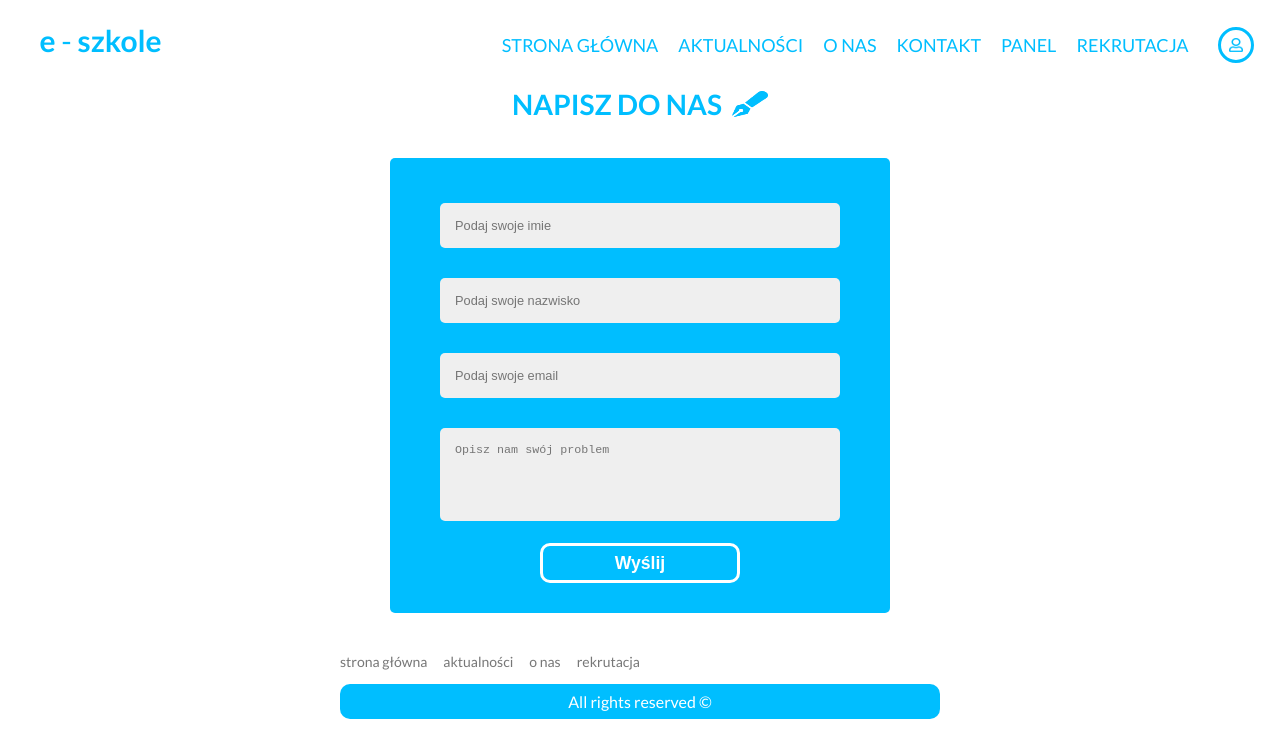
Repository: Votex874/e-szkole
Page: /kontakt (app in app/)
These files come from the project's save history. The page is drawn as it stood at one moment and after the next save; the edit follows.
The browser window is 1280 px wide. The pictures show the whole page.
The project was rebuilt for these pictures with package versions that can differ from the ones it lists, and the page was loaded fresh each time. Also part of the build but not shown: app/src/components/News/Title/index.js, app/src/components/News/Content/index.js, app/src/components/News/Avatar/index.js, app/src/components/News/Footer/index.js, app/src/components/News/index.js, app/src/components/AboutUs/Content/index.js, app/src/components/AboutUs/index.js, app/src/components/Graduates/ListItem/index.js and 20 more.

Above is the page before, as saved 2019-03-11 10:42:31.

### app/src/index.js
import React from 'react';
import ReactDOM from 'react-dom';
import App from './App';
import * as serviceWorker from './serviceWorker';
import { createStore } from 'redux';
import { Provider } from 'react-redux';
import rootReducer from './reducers/rootReducer'

const store = createStore(rootReducer);

ReactDOM.render(<Provider store={store}><App /></Provider>, document.getElementById('root'));

// If you want your app to work offline and load faster, you can change
// unregister() to register() below. Note this comes with some pitfalls.
// Learn more about service workers: http://bit.ly/CRA-PWA
serviceWorker.unregister();

### app/src/App.js
import React, { Component } from 'react';
import { Route, BrowserRouter, Switch } from 'react-router-dom'
import './reset.scss'

import Home from './containers/Home/index'
import Login from './containers/Login/index'
import Contact from './containers/Contact/index'
import News from './containers/News/index'
import About from './containers/About/index'
import Recruitment from './containers/Recruitment/index'

class App extends Component {
  render() {
    return (
      <BrowserRouter>
        <Switch>
          <Route exact path='/' component={Home} />
          <Route path='/login' component={Login} />
          <Route path='/kontakt' component={Contact} />
          <Route path='/blog' component={News} />
          <Route path='/o-nas' component={About} />
          <Route path='/rekrutacja' component={Recruitment} />
        </Switch>
      </BrowserRouter>
    );
  }
}

export default App;

### app/src/reset.scss
html, body, div, span, applet, object, iframe,
h1, h2, h3, h4, h5, h6, p, blockquote, pre,
a, abbr, acronym, address, big, cite, code,
del, dfn, em, img, ins, kbd, q, s, samp,
small, strike, strong, sub, sup, tt, var,
b, u, i, center,
dl, dt, dd, ol, ul, li,
fieldset, form, label, legend,
table, caption, tbody, tfoot, thead, tr, th, td,
article, aside, canvas, details, embed,
figure, figcaption, footer, header, hgroup,
menu, nav, output, ruby, section, summary,
time, mark, audio, video {
	margin: 0;
	padding: 0;
	border: 0;
	font-size: 100%;
	font: inherit;
	vertical-align: baseline;
}
/* HTML5 display-role reset for older browsers */
article, aside, details, figcaption, figure,
footer, header, hgroup, menu, nav, section {
	display: block;
}
body {
	line-height: 1;
}
ol, ul {
	list-style: none;
}
blockquote, q {
	quotes: none;
}
blockquote:before, blockquote:after,
q:before, q:after {
	content: '';
	content: none;
}
table {
	border-collapse: collapse;
	border-spacing: 0;
}
@import url('https://fonts.googleapis.com/css?family=Lato:300,300i,400,400i,700&amp;subset=latin-ext');

 body {
	font-family: 'Lato', sans-serif;
 }

 a{
	 text-decoration: none;
 }

### app/src/containers/Contact/index.js
import React, { Component } from 'react'

import HeaderMain from '../../components/HeaderMain/index';
import Footer from '../../components/Footer/index'
import Form from '../../components/Form/index'

class Contact extends Component {
  render(){
    return (
      <React.Fragment>
        <HeaderMain />
        <Form />
        <Footer />
      </React.Fragment>
    )
  }
}

export default Contact

### app/src/components/HeaderMain/index.js
import React, { Component } from 'react';
import styled from 'styled-components'
import Logo from '../Logo/index'
import Navigation from '../Nav/index'
import Hamburger from '../Hamburger/index'

const Header = styled.header`
 max-width: 1400px;
 height: 100px;
 margin: 0 auto;
 display: flex;
 justify-content: space-between;
 align-items: center;
 box-sizing: border-box;
 margin-top: 15px;
 @media (max-width: 1400px){
   width: 96%;
   height: 50px;
   align-items: center;
 }
`

class HeaderMain extends Component {
  constructor(props){
    super(props)

    this.state = {
      width: 0
    }
  }

  componentDidMount = () => {
    this.updateWindowDimensions();
    window.addEventListener('resize', this.updateWindowDimensions);
  }

  componentWillUnmount = () => {
    window.removeEventListener('resize', this.updateWindowDimensions);
  }

  updateWindowDimensions = () => {
    this.setState({ width: window.innerWidth });
  }

  render() {
    const { width } = this.state;
    return (
      <Header>
        <Logo />
        { width <= 767 ? <Hamburger /> : <Navigation /> }
      </Header>
    );
  }
}

export default HeaderMain;

### app/src/components/Footer/index.js
import React, { Component } from 'react'
import styled from 'styled-components'
import FooterNav from './FooterNav/index'
import { lightBlue } from '../../constColors'

const FooterContainer = styled.footer`
  width: 600px;
  margin: 0 auto;
  @media (max-width: 767px){
    width: 100%;
  }
`

const FooterBanner = styled.div`
  background-color: ${lightBlue};
  display: flex;
  justify-content: center;
  align-items: center;
  color: #fff;
  margin: 15px auto;
  height: 35px;
  border-radius: 10px;
  @media (max-width: 767px){
    width: 100%;
    border-radius: 0;
  }
`

class Footer extends Component {
  render(){
    return (
      <FooterContainer>
        <FooterNav />
        <FooterBanner>All rights reserved &copy; </FooterBanner>
      </FooterContainer>
    )
  }
}


export default Footer

### app/src/components/Form/index.js
import React, { Component } from 'react'
import styled from 'styled-components'

import Input from './Input/index'
import Textarea from './Textarea/index'
import SectionTitle from '../SectionTitle/index'
import PenIcon from '../../images/icons/pen.png'
import { lightBlue } from '../../constColors'

const FormContainer = styled.form`
  display: flex;
  flex-direction: column;
  width: 500px;
  margin: 40px auto;
  background-color: ${lightBlue};
  border-radius: 5px;
  box-sizing: border-box;
  padding: 30px 0;
  @media (max-width: 767px){
    width: 300px;
  }
`

const InputButton = styled.input`
  width: 200px;
  margin: 15px auto 0 auto;
  font-weight: bold;
  border-radius: 10px;
  border: 3px solid #fff;
  color: #fff;
  font-size: 110%;
  background-color: ${lightBlue};
  cursor: pointer;
  height: 40px;
  transition: .2s;
  @media (max-width: 767px){
    width: 50%;
  }
  @media (min-width: 1400px){
    &:hover{
      color: ${lightBlue};
      background-color: #fff;
    }
  }
`

const BoxShadowContainer = styled.div`
  @media (min-width: 1400px){
    margin: 50px auto;
    box-shadow: 5px 5px 20px 0px rgba(0, 0, 0, 0.5);
    border-radius: 10px;
    width: 600px;
    padding: 15px 0;
  }
`

class Form extends Component{
  constructor(props){
    super(props)

    this.state = {
      name: '',
      surname: '',
      email: '',
      content: '',
      validationError: [],
      formFields: [
        {
          name: 'name',
          type: 'text',
          value: '',
          placeholder: 'Podaj swoje imie',
          onChange: this.handleChangeName
        },
        {
          name: 'surname',
          type: 'text',
          value: '',
          placeholder: 'Podaj swoje nazwisko',
          onChange: this.handleChangeSurName
        },
        {
          name: 'email',
          type: 'email',
          value: '',
          placeholder: 'Podaj swój email',
          onChange: this.handleChangeEmail
        }
      ]
    }
  }

  handleChange = e => {
    this.setState({ [e.target.name]: e.target.value })
  }

  handleValidation = e => {
    e.preventDefault();
    const { name, email, content, surname } = this.state
    console.log(name, surname, email, content)
  }

  render(){
    const { name, surname, email, content } = this.state
    return (
      <BoxShadowContainer>
        <SectionTitle title="Napisz do nas" img={PenIcon}/>
        <FormContainer onSubmit={this.handleValidation}>
          <Input name="name" type="text" placeholder='Podaj swoje imie'
            onChange={this.handleChange}
            value={name} />
          <Input name="surname" type="text" placeholder='Podaj swoje nazwisko'
            onChange={this.handleChange}
            value={surname} />
          <Input name="email" type="email" placeholder='Podaj swoje email'
            onChange={this.handleChange}
            value={email} />
          <Textarea name="content" placeholder="Opisz nam swój problem"
            onChange={this.handleChange}
            value={content} />
          <InputButton type="submit" value="Wyślij" />
        </FormContainer>
      </BoxShadowContainer>
    )
  }
}

export default Form

### app/src/components/Logo/index.js
import React, { Component } from 'react';
import styled from 'styled-components'
import { shineOnHover, lightBlue } from '../../constColors'
import { Link } from 'react-router-dom'

const Alink = styled.span`
  display: flex;
  flex-direction: column;
  justify-content: center;
  align-items: center;
  width: 225px;
  padding: 0 10px;
  text-decoration: none;
  font-size: 50px;
  @media (max-width: 767px) {
    width: 150px;
    height: auto;
    font-size: 28px;
    align-items: flex-start;
    justify-content: flex-start;
    padding: 0;
  }
  @media (min-width: 768px) and (max-width: 1400px) {
    width: 150px;
    font-size: 30px;
    padding: 0;
  }
  @media (min-width: 1401px){
    ${shineOnHover}
  }
`
const Span = styled.h1`
  color: ${lightBlue};
  transition: .2s;
`
const Bold = styled.b`
  font-weight: bold;
`

class Logo extends Component {
  constructor(props){
    super(props)

    this.state = {
      logoLink: '/'
    }
  }
  render() {
    const { logoLink } = this.state;
    return (
      <Link to={logoLink}>
        <Alink>
          <Span id='logo' className="logo2"><Bold>e</Bold> - <Bold>szkole</Bold></Span>
        </Alink>
      </Link>
    );
  }
}

export default Logo;

### app/src/components/Nav/index.js
import React, { Component } from 'react';
import { connect } from 'react-redux'
import styled from 'styled-components'
import SingleLink from './Link/index'
import LoginButton from './../LoginButton/index';


const Nav = styled.nav`
  display: flex;
  margin: 10px 20px 0 auto;
  @media (max-width: 767px){
    flex-direction: column;
    margin: 120px 0 0 0;
  }
`

class Navigation extends Component {

  render() {
    const { links } = this.props;
    let listOfLinks = [];
    let i = 0;
    for (const key of Object.keys(links)) {
      // console.log(key, links[key]);
      listOfLinks[i] = <SingleLink data={links[key]} key={key} />
      i++;
    }
    return (
      <React.Fragment>
        <Nav>
          {listOfLinks}
        </Nav>
        <LoginButton />
      </React.Fragment>
    );
  }
}

const mapStateToProps = (state) => {
  return {
    links: state.links
  }
}

export default connect(mapStateToProps)(Navigation);

### app/src/components/Hamburger/index.js
import React, { Component } from 'react';
import styled from 'styled-components'
import hamburgerImg from '../../images/icons/hamburger.png'
import times from '../../images/icons/times.png'
import Navigation from '../Nav/index'

const Hamburger = styled.div`
  width: 40px;
  height: 40px;
`

const HamburgerImg = styled.img`
  width: 100%;
  height: 100%;
  opacity: 1;
  transition: .4s;
  position: relative;
  z-index: 10;
`

const MobileContainer = styled.div`
  position: absolute;
  display: flex;
  flex-direction: column-reverse;
  top: 0;
  left: 0;
  width: 100vw;
  height: 100vh;
  background-color: #fff;
  opacity: .9;
  z-index: 1;
  transition: .3s;
`

class Hambuger extends Component {
  constructor(props){
    super(props)

    this.body = document.querySelector('body');

    this.state = {
      imgAlt: 'hamburgerMenuIcon',
      imgSrc: hamburgerImg,
      fade: 1,
      displayMobile: 'none'
    }
  }

  handleHamburger = () => {
    const { imgSrc } = this.state;
    setTimeout( () => {
      if (imgSrc !== hamburgerImg) {
        this.body.style.overflow = "auto";
        this.setState({
          imgSrc: hamburgerImg,
          displayMobile: 'none',
          fade: 1
        })
      } else {
        this.body.style.overflow = "hidden";
        this.setState({
          imgSrc: times,
          displayMobile: 'block',
          fade: 1
        })
      }
    }, 400)
    this.setState({
      fade: 0
    })
  }

  render() {
    const { imgAlt, imgSrc, fade, displayMobile } = this.state
    return (
      <Hamburger>
        <HamburgerImg style={{opacity: fade}} src={imgSrc} alt={imgAlt} onClick={this.handleHamburger}/>
        <MobileContainer style={{display: displayMobile}}>
          <Navigation />
        </MobileContainer>
      </Hamburger>
    );
  }
}


export default Hambuger;

### app/src/components/SectionTitle/index.js
import React from 'react'
import styled from 'styled-components'
import { lightBlue } from '../../constColors'

const HeaderTitle = styled.h2`
  color: ${lightBlue};
  font-size: 32px;
  text-transform: uppercase;
  font-weight: bold;
  text-align: center;
  @media (max-width: 767px){
    font-size: 22px;
  }
  @media (min-width: 768px) and (max-width: 1400px){
    font-size: 28px;
  }
`
const HeaderImg = styled.img`
  width: 40px;
  height: 30px;
  margin-left: 10px;
  @media(max-width: 767px){
    width: 30px;
    height: 20px;
  }
  @media (min-width: 768px) and (max-width: 1400px){
    width: 36px;
    height: 26px;
  }
`

const Header = styled.header`
  display: flex;
  justify-content: center;
  align-items: center;
  width: 90%;
  margin: 25px auto;
`

const SectionTitle = ({ title, img }) => {
  return (
    <Header>
      <HeaderTitle>{title}</HeaderTitle>
      <HeaderImg src={img} alt="ikona zespolu"/>
    </Header>
  )
}


export default SectionTitle;

### app/src/components/Footer/FooterNav/index.js
import React, { Component } from 'react'
import styled from 'styled-components'
import NavLink from './NavLink/index'
import { connect } from 'react-redux'

const NavContainer = styled.nav`
  display: flex;
  justify-content: space-between;
  width: 50%;
  @media (max-width: 767px){
    width: 90%;
    margin: 0 auto;
  }
`

class FooterNav extends Component {
  constructor(props){
    super(props)

    this.state = {
      nav: []
    }
  }
  componentDidMount = () => {
    const { links } = this.props
    let listOfNavs = [];
    let i = 0;
    for (const key of Object.keys(links)) {
      if(links[key].basic === 'true'){
        listOfNavs[i] =
          <NavLink name={links[key].name} url={links[key].url} key={key} />
        i++;
      }
    }
    this.setState({
      nav: listOfNavs
    })
  }

  render(){
    const { nav } = this.state;
    return(
      <NavContainer>
        {nav}
      </NavContainer>
    )
  }
}

const mapStateToProps = (state) => {
  return {
    links: state.links
  }
}

export default connect(mapStateToProps)(FooterNav);

### app/src/constColors.js
const brown = '#BF5000';
const greenDark = '#008723';
const greenLight = '#34BD56';
const lightBlue = '#00BEFF';
const turquoise = '#fff';
const darkBlue = '#0057AE';

const shineOnHover = `
position: relative;
    overflow: hidden;
    display: inline-block;
    border-radius: 5px;
    text-align: center;
    line-height: 50px;

  &:after {
    content: "";
    position: absolute;
    top: -110%;
    left: -210%;
    width: 200%;
    height: 200%;
    opacity: 0;
    /* transform: rotate(30deg); */

    background: rgba(0, 190, 255, 0.13);
    background: linear-gradient(
      to right,
      rgba(0, 190, 255, 0.13) 0%,
      rgba(0, 190, 255, 0.13) 77%,
      rgba(0, 190, 255, 0.5) 92%,
      rgba(0, 190, 255, 0.0) 100%
    );
  }

  &:hover:after {
    opacity: 1;
    top: -30%;
    left: -30%;
    transition-property: left, top, opacity;
    transition-duration: 0.7s, 0.7s, 0.15s;
    transition-timing-function: ease;
  }


  &:active:after {
    opacity: 0;
  }
`

export { brown, greenLight, greenDark, lightBlue, shineOnHover, turquoise, darkBlue }

### app/src/components/Form/Input/index.js
import React, { Component } from 'react'
import styled from 'styled-components'

const LabelElement = styled.label`
  width: 400px;
  margin: 10px auto;
  padding: 5px 0;
  @media (max-width: 767px){
    width: 240px;
  }
`

const InputElement = styled.input`
  width: 100%;
  box-sizing: border-box;
  margin: 0 auto;
  padding: 15px;
  font-size: 80%;
  border-radius: 5px;
  border: none;
  background-color: #efefef;
  transition: .2s;
  @media (max-width: 767px){
    padding: 10px;
  }
  &:focus{
    outline: none;
    border-bottom: 3px solid #54F1B4;
    background-color: #fff;
  }
`

class Input extends Component {
  render() {
    const { type, name, value, placeholder, onChange } = this.props
    return (
      <LabelElement>
        <InputElement type={type} name={name} onChange={onChange} value={value} placeholder={placeholder} />
      </LabelElement>
    )
  }
}

export default Input

### app/src/components/Form/Textarea/index.js
import React, { Component } from 'react'
import styled from 'styled-components'

const LabelElement = styled.label`
  width: 400px;
  margin: 5px auto;
  @media (max-width: 767px){
    width: 240px;
  }
`

const TextareaElement = styled.textarea`
  width: 100%;
  box-sizing: border-box;
  margin: 10px auto 0 auto;
  padding: 15px 0 50px 15px;
  font-size: 90%;
  border-radius: 5px;
  background-color: #efefef;
  border: none;
  resize: none;
  transition: .2s;
  @media (max-width: 767px){
    padding: 10px 0 50px 10px;
  }
  &:focus{
    outline: none;
    background-color: #fff;
    border-bottom: 3px solid #54F1B4;
  }
`

class Textarea extends Component {
  render() {
    const { name, value, placeholder, onChange } = this.props
    return (
      <LabelElement>
        <TextareaElement name={name} onChange={onChange} value={value} placeholder={placeholder} />
      </LabelElement>
    )
  }
}

export default Textarea

### app/src/components/Nav/Link/index.js
import React from 'react';
import styled from 'styled-components'
import { shineOnHover, lightBlue } from '../../../constColors'
import { Link } from 'react-router-dom'

const Alink = styled.span`
  text-decoration: none;
  color: ${lightBlue};
  margin: 10px 0;
  padding: 0 12px;
  font-size: 20px;
  text-transform: uppercase;
  text-align: center;

  @media (max-width: 767px){
    font-size: 24px;
    display: flex;
    justify-content: center;
    align-items: center;
  }
  @media (min-width: 768px) and (max-width: 1050px){
    font-size: 14px;
    margin: 10px 0;
    padding: 4px;
  }
  @media (min-width: 1051px) and (max-width: 1400px){
    font-size: 18px;
    margin: 10px 0;
    padding: 0 10px;
  }
  @media (min-width: 1401px){
    ${shineOnHover}
}
`

const SingleLink = ({ data }) => {
  const handleClick = () => {
    document.querySelector('body').style.overflow = "auto";
  }
  return (
    <Link onClick={handleClick} to={data.url}>
      <Alink>
        {data.name}
      </Alink>
    </Link>
  )
}

export default SingleLink;

### app/src/components/LoginButton/index.js
import React, { Component } from 'react';
import styled from 'styled-components'
import imgUser from '../../images/icons/loginUser.png'
import { shineOnHover, lightBlue } from '../../constColors'
import { Link } from 'react-router-dom'

const ButtonAlink = styled.span`
  width: 160px;
  height: 30px;
  font-size: 14px;
  text-transform: uppercase;
  font-weight: bold;
  text-decoration: none;
  display: flex;
  justify-content: center;
  align-items: center;
  border-radius: 20px;
  border: 3px solid ${lightBlue};
  margin-top: 10px;
  @media (max-width: 767px){
    position: absolute;
    top: 15px;
    left: 10px;
    width: 220px;
    height: 40px;
    font-size: 24px;
  }
  @media (min-width: 768px) and (max-width: 1400px){
    width: 30px;
  }
  @media (min-width: 1401px){
    ${shineOnHover}
    border-radius: 20px;
    line-height: normal;
    display: flex;
  }
`

const IconImg = styled.img`
  background-position: center;
  background-size: cover;
  background-repeat: no-repeat;
  margin-left: 15px;
  width: 14px;
  height: 14px;
  @media (max-width: 767px){
    width: 26px;
    height: 26px;
  }
  @media (min-width: 768px) and (max-width: 1400px){
    margin-left: 0;
  }
`
const SpanText = styled.span`
  color: ${lightBlue};
  @media (min-width: 768px) and (max-width: 1400px){
    display: none;
  }
`

class LoginButton extends Component {
  constructor(props){
    super(props)

    this.state = {
      loginLink: '/login'
    }
  }

  handleEnableScroll = () => {
    document.querySelector('body').style.overflow = "auto";
  }

  render() {
    const { loginLink } = this.state;
    return (
      <Link onClick={this.handleEnableScroll} to={loginLink} >
        <ButtonAlink>
          <SpanText>zaloguj się</SpanText>
          <IconImg src={imgUser} />
        </ButtonAlink>
      </Link>
    );
  }
}

export default LoginButton;

### app/src/components/Footer/FooterNav/NavLink/index.js
import React from 'react'
import styled from 'styled-components'
import { Link } from 'react-router-dom'

const Alink = styled.span`
  text-decoration: none;
  font-size: 14px;
  color: #777;
  @media (max-width: 767px){
    font-size: 12px;
  }
  @media (min-width: 768px) and (max-width: 1400px){
    font-size: 14px;
  }
`


const NavLink = ({ name, url }) => {
  return (
    <Link to={url}>
      <Alink>{name}</Alink>
    </Link>
  )
}

export default NavLink

Loaded but not shown: app/public/index.html (common file); app/src/serviceWorker.js (common file); app/src/reducers/rootReducer.js (169 lines, source omitted)

After the next save:
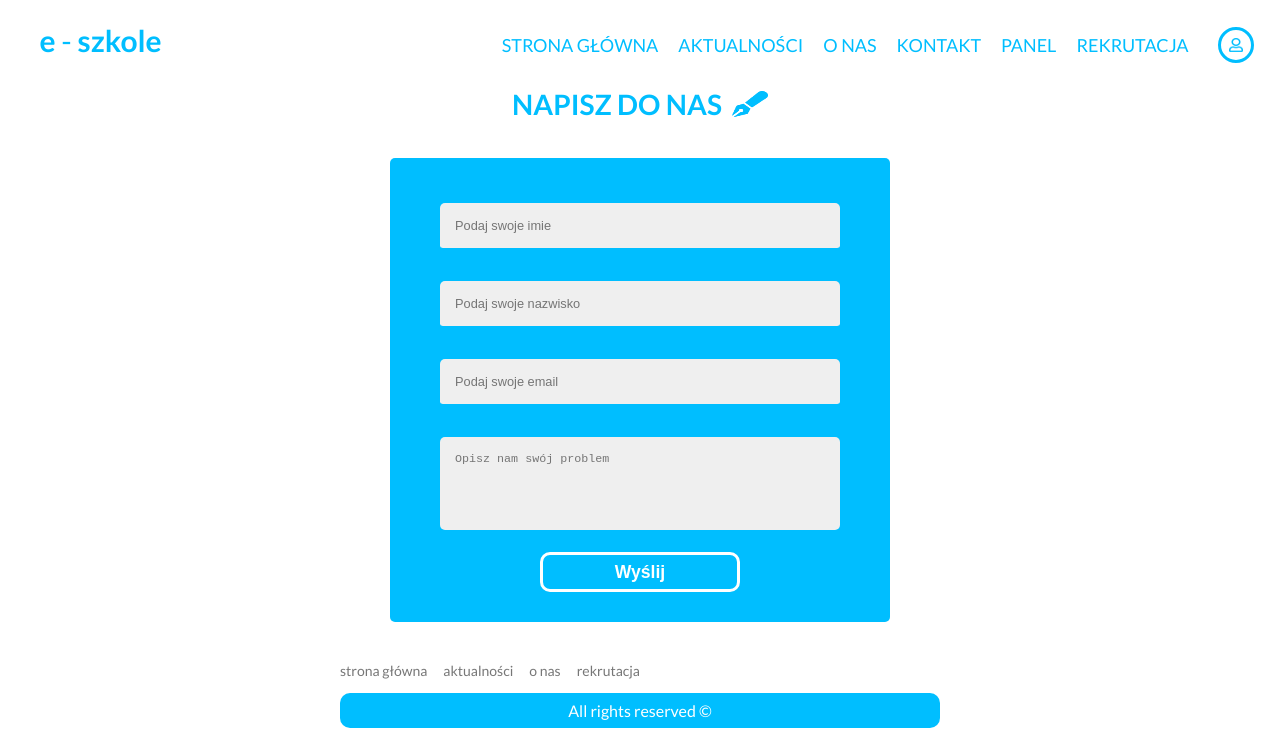
Saved 51 s later.
--- a/app/src/components/Form/Input/index.js
+++ b/app/src/components/Form/Input/index.js
@@ -1,5 +1,6 @@
 import React, { Component } from 'react'
 import styled from 'styled-components'
+import { lightBlue } from '../../../constColors';
 
 const LabelElement = styled.label`
   width: 400px;
@@ -19,6 +20,7 @@ const InputElement = styled.input`
   border-radius: 5px;
   border: none;
   background-color: #efefef;
+  border-bottom: 3px solid ${lightBlue};
   transition: .2s;
   @media (max-width: 767px){
     padding: 10px;
